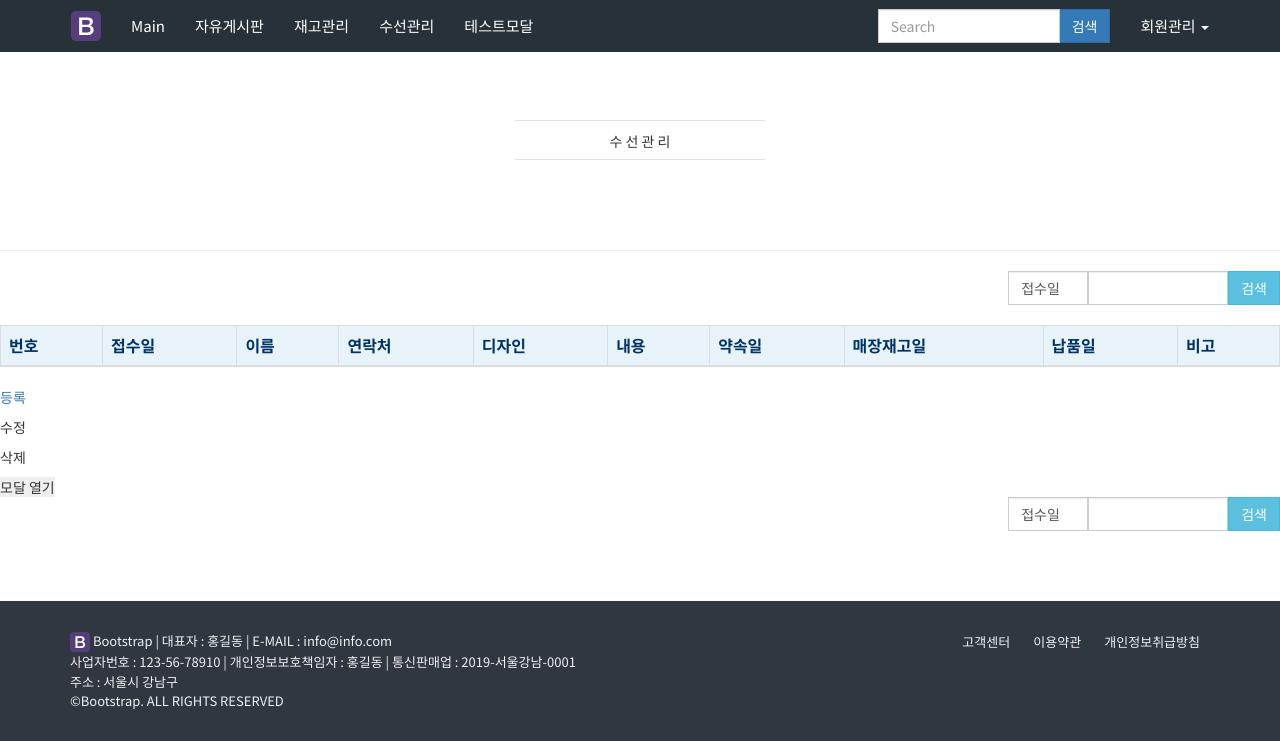
Repository: RattenLegs/Project_Inventory
Page: http://localhost/Project_Inventory/WEB-INF/views/repairboard/repairList.jsp
These files come from the project's save history. The page is drawn as it stood at one moment and after the next save; the edit follows.
The browser window is 1280 px wide. The pictures show the whole page.
Some web libraries are served in a nearby version. The page is served by Tomcat 9. Nobody is signed in. The template is opened directly, without the code that normally fills it, so the values that code supplies are empty.

Above is the page before, as saved 2023-02-10 17:03:49.

After the next save:
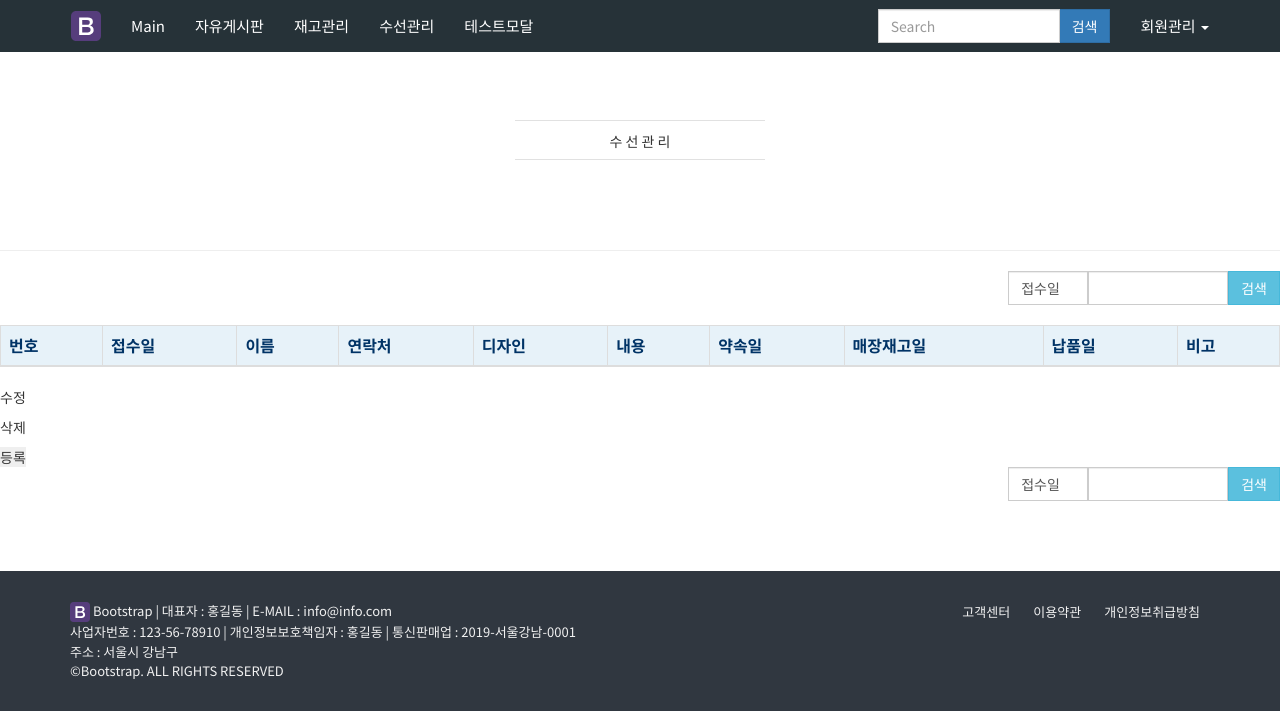
Saved 27 s later.
--- a/Project_Inventory/src/main/webapp/WEB-INF/views/repairboard/repairList.jsp
+++ b/Project_Inventory/src/main/webapp/WEB-INF/views/repairboard/repairList.jsp
@@ -126,9 +126,9 @@
 		</div>
 
 		<div>
-			<p>
+<%-- 			<p>
 				<a href="<c:url value='/repairboard/addRepair'/>">등록</a>
-			</p>
+			</p> --%>
 			<p>수정</p>
 			<p>삭제</p>
 
@@ -136,7 +136,7 @@
 
 
 
-		<button id="modalOpen">모달 열기</button>
+		<button id="modalOpen">등록</button>
 
 		<div class="background">
 			<div class="window">
